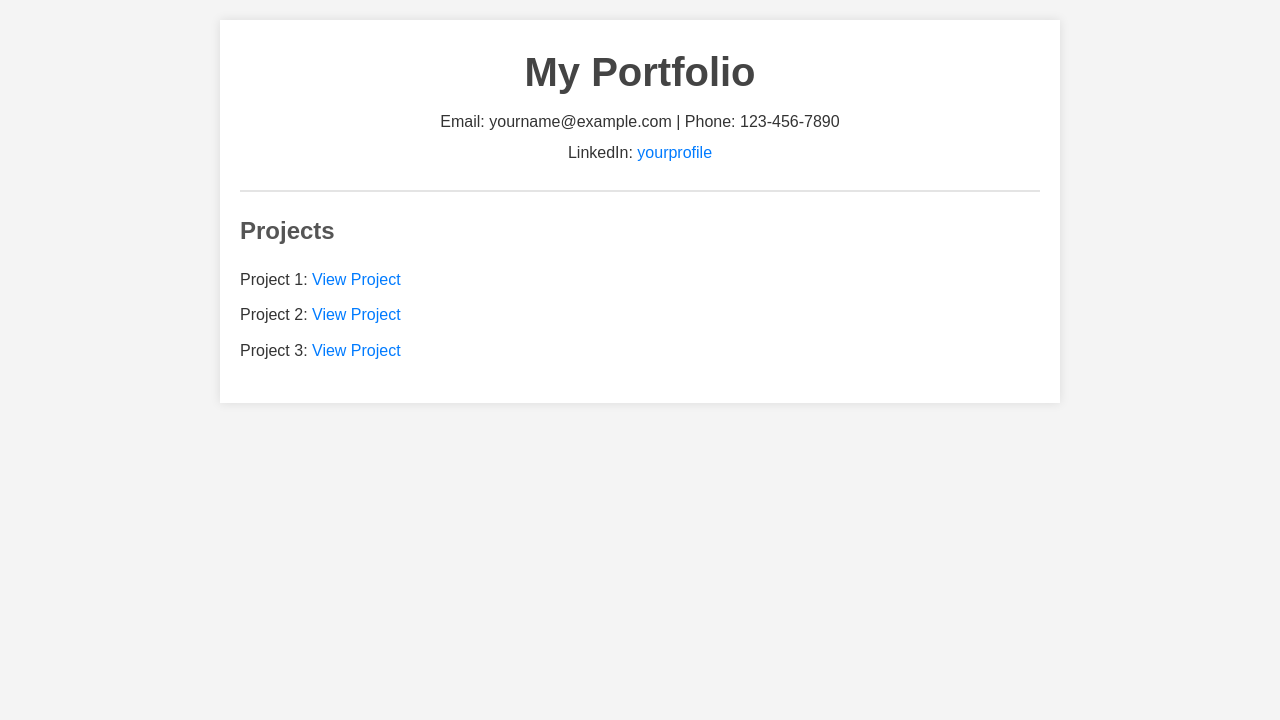
Repository: HoangDuck/portfolio
Page: index.html
These files come from the project's save history. The page is drawn as it stood at one moment and after the next save; the edit follows.
The browser window is 1280 px wide. The pictures show the whole page.

Above is the page before, as saved 2025-03-09 22:06:59.

After the next save:
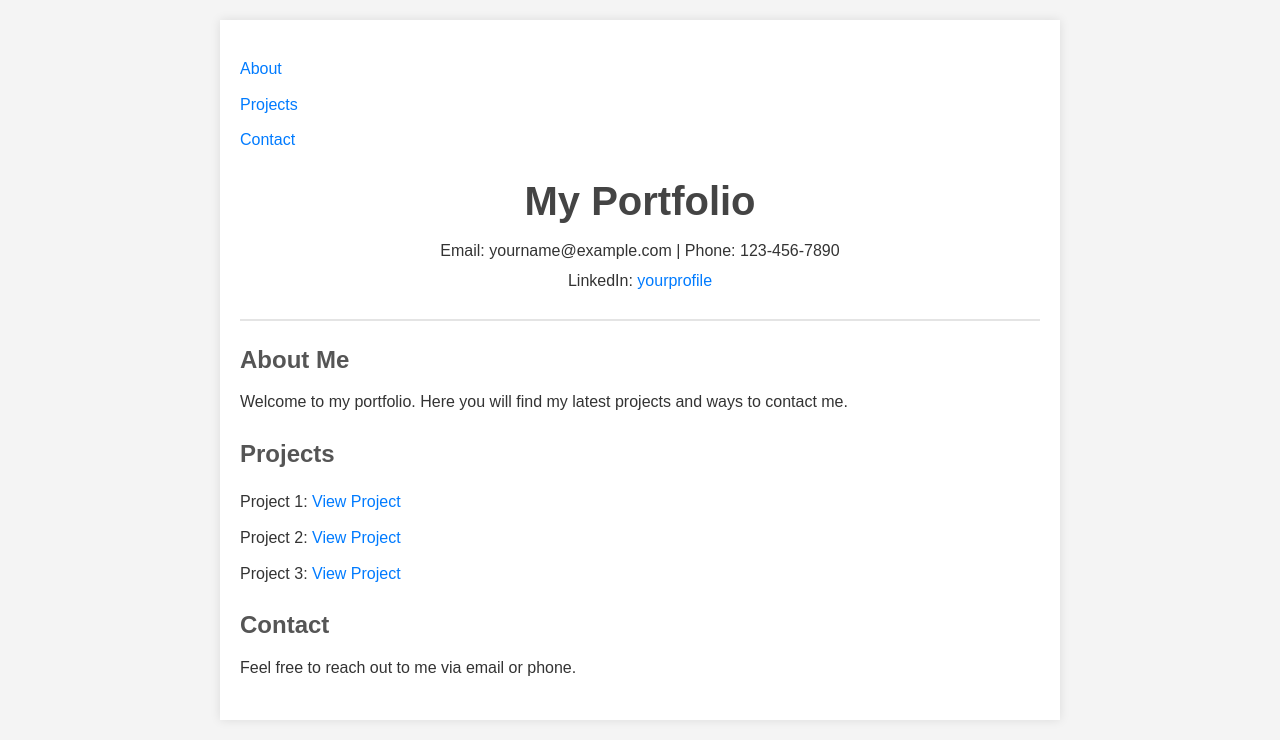
Saved 7 min 33 s later.
--- a/index.html
+++ b/index.html
@@ -8,12 +8,23 @@
 </head>
 <body>
     <div class="portfolio-container">
+        <nav>
+            <ul>
+                <li><a href="#about">About</a></li>
+                <li><a href="#projects">Projects</a></li>
+                <li><a href="#contact">Contact</a></li>
+            </ul>
+        </nav>
         <header>
             <h1>My Portfolio</h1>
             <p id="contact-info">Email: yourname@example.com | Phone: 123-456-7890</p>
             <p id="social-media">LinkedIn: <a href="https://www.linkedin.com/in/yourprofile">yourprofile</a></p>
         </header>
-        <section class="projects">
+        <section id="about">
+            <h2>About Me</h2>
+            <p>Welcome to my portfolio. Here you will find my latest projects and ways to contact me.</p>
+        </section>
+        <section id="projects" class="projects">
             <h2>Projects</h2>
             <ul id="project-list">
                 <li>Project 1: <a href="https://example.com/project1">View Project</a></li>
@@ -21,6 +32,10 @@
                 <li>Project 3: <a href="https://example.com/project3">View Project</a></li>
             </ul>
         </section>
+        <section id="contact">
+            <h2>Contact</h2>
+            <p>Feel free to reach out to me via email or phone.</p>
+        </section>
     </div>
     <script src="script.js"></script>
 </body>
